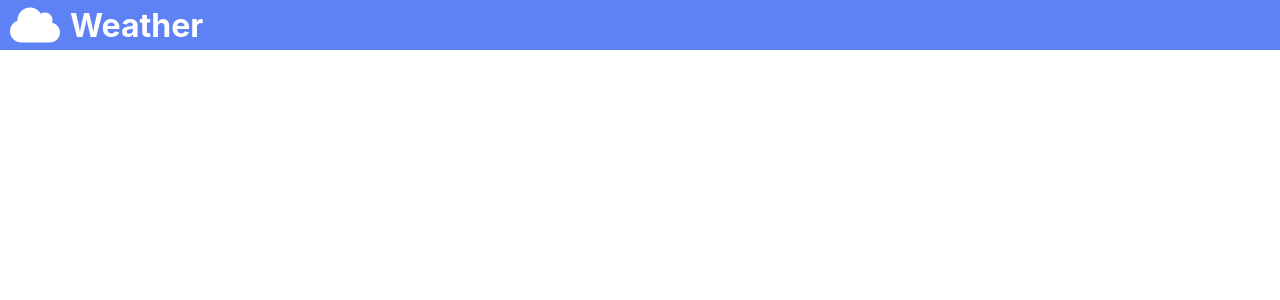
Repository: ahmedazawi/weather-app
Page: /
An editor plug-in stored every save of this project. The page is shown before and after the next save, followed by the edit.
The browser window is 1280 px wide. The pictures show the whole page.
The project was rebuilt for these pictures with package versions that can differ from the ones it lists, and the page was loaded fresh each time.

Above is the page before, as saved 2022-11-29 20:46:07.

After the next save:
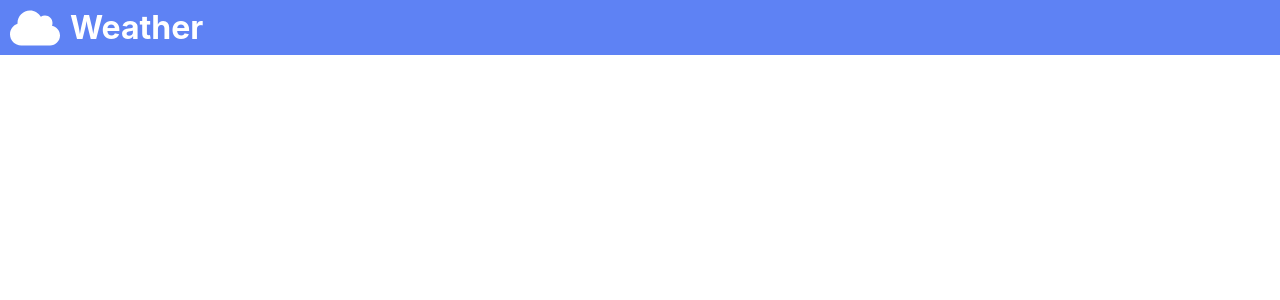
Saved 11 s later.
--- a/src/App.css
+++ b/src/App.css
@@ -5,10 +5,6 @@ body {
 .nav {
   display: flex;
   align-items: center;
-  height: 50px;
-
+  height: 55px;
   background-color: var(--primaryColor);
 }
-/* .nav div {
-  margin-left: 10px;
-} */
